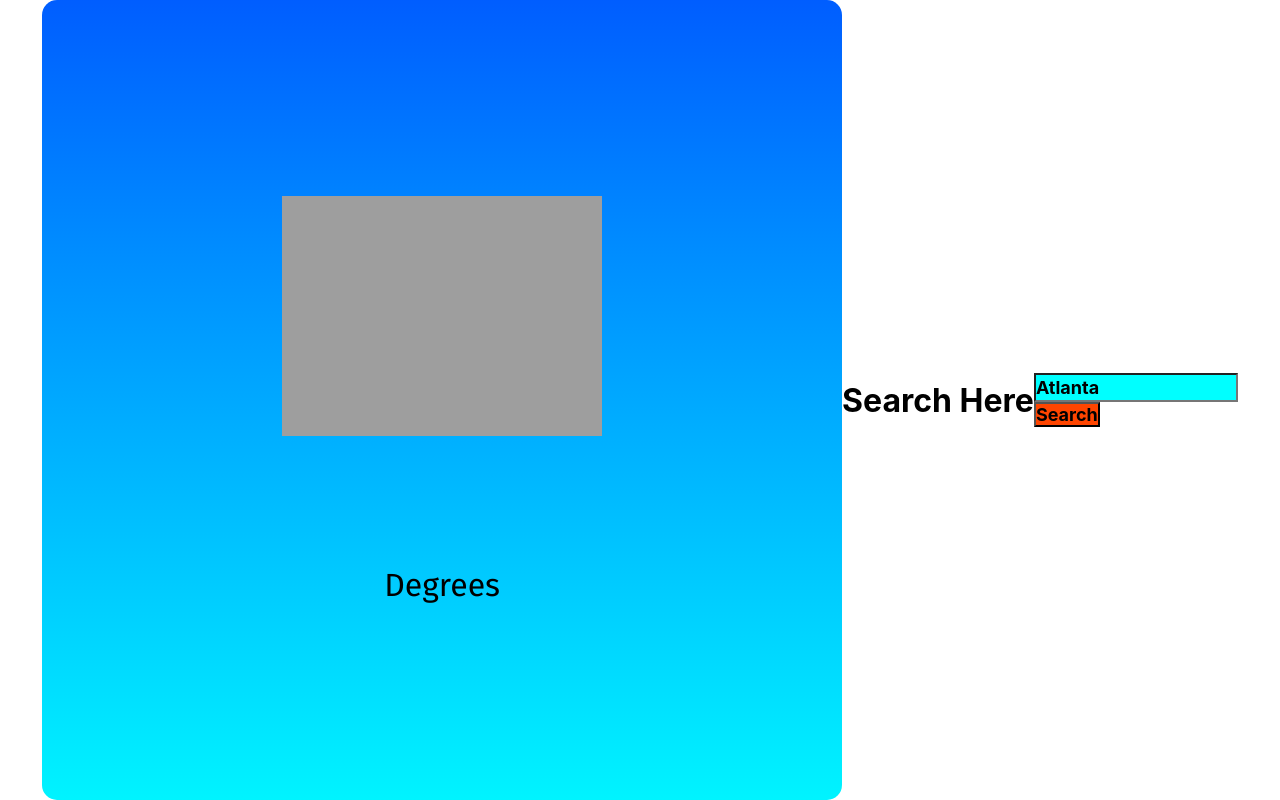
Repository: sayrilamar/chumsweatherapp
Page: /
An editor plug-in stored every save of this project. The page is shown before and after the next save, followed by the edit.
The browser window is 1280 px wide. The pictures show the whole page.
Pictures or frames that could not be fetched are drawn as grey boxes. The page's requests for data from a server got no answer. The project was rebuilt for these pictures with package versions that can differ from the ones it lists, and the page was loaded fresh each time. No one was signed in, and anything a server would have sent is missing.

Above is the page before, as saved 2020-04-18 16:59:47.

### src/index.css
* {
  margin: 0;
  padding: 0;
  font-family: -apple-system, BlinkMacSystemFont, 'Segoe UI', 'Roboto', 'Oxygen',
    'Ubuntu', 'Cantarell', 'Fira Sans', 'Droid Sans', 'Helvetica Neue',
    sans-serif;
  -webkit-font-smoothing: antialiased;
  -moz-osx-font-smoothing: grayscale;
}

### src/App.js
import React, {useState, useEffect} from "react";
import "./App.css";
import WeatherCard from "./components/WeatherCard/component.js";

function App() {
  const [query,
    setQuery] = useState("Atlanta");
  const [weather,
    setWeather] = useState({temp: null, city: null, condition: null, country: null, description: null});

  const data = async q => {
    const apiRes = await fetch(`http://api.openweathermap.org/data/2.5/weather?q=${q}&units=imperial&APPID=ab0ef440364092f54ff821ca2b803163`);
    const resJSON = await apiRes.json();
    return resJSON;
  };

  const handleSearch = e => {
    // data(query).then(res => console.log(res));
    e.preventDefault();
    data(query).then(res => {
      setWeather({temp: res.main.temp, city: res.name, condition: res.weather[0].main, country: res.sys.country, description: res.weather[0].description});
    });
  };

  // runs once the dom is loaded for the first time only, because there is no
  // variable being watched in the dependency array
  useEffect(() => {
    data(query).then(res => {
      setWeather({temp: res.main.temp, city: res.name, condition: res.weather[0].main, country: res.sys.country, description: res.weather[0].description});
    });
  }, []);

  return (
    <div className="App">
      <div>
        <WeatherCard
          temp={weather.temp}
          condition={weather.condition}
          city={weather.city}
          state={weather.country}
          description={weather.description}/>
      </div>
      <h1>Search Here</h1>
      <form>
        <div>
          <input
            className="input"
            value={query}
            onChange={e => setQuery(e.target.value)}/>
        </div>
        <div>
          <button className="button" onClick={e => handleSearch(e)}>
            Search
          </button>
        </div>
      </form>
    </div>
  );
}

export default App;

### src/App.css
@import url("https://fonts.googleapis.com/css?family=Merriweather|Fira+Sans&display=swap");

.App {
  margin: 0 auto;
  color: white;
  display: flex;
  justify-content: center;
  align-items: center;
}

h1 {
  color: black;
}

.input {
  background-color: aqua;
  font-weight: bold;
  height: 25px;
  width: 200px;
  font-size: large;
}

.button {
  height: fit-content;
  font-size: large;
  font-weight: bold;
  background-color: orangered
}

### src/components/WeatherCard/component.js
import React from "react";
import styled from "@emotion/styled";
import Location from "./Location";
import Icon from "./Icon";
import Condition from "./Condition";

const WeatherCard = ({temp, condition, city, state, description}) => {
    let highColor = 0;
    let lowColor = 0;
    let bg = null;

    if (temp > 53.6) {
        highColor = (1 - (temp - 53.6) / 50.4) * 255;
        lowColor = highColor - 150;
        bg = `linear-gradient(
            to top,
            rgb(255, ${highColor}, 0),
            rgb(255, ${lowColor}, 0)
          )`;
    } else if (temp <= 53.6) {
        highColor = (1 - (temp + 4) / 89) * 255;
        lowColor = highColor - 150;
        bg = `linear-gradient(
            to top,
            rgb(0, ${highColor}, 255),
            rgb(0, ${lowColor}, 255)
          )`;
    }

    const Card = styled.div `
    margin: 0 auto;
    background: ${bg};
    width: 800px;
    height: 800px;
    display: flex;
    flex-direction: column;
    justify-content: space-around;
    align-items: center;
    border-radius: 15px;
  `;

    return (
        <Card>
            <Location city={city} state={state}/>
            <Icon condition={condition}/>
            <Condition temp={temp} condition={condition} description={description}/>
        </Card>
    );
};

export default WeatherCard;

### src/components/WeatherCard/Location.js
import React from "react";
import styled from "@emotion/styled";

const Location = ({city, state}) => {
  const Container = styled.div `
    text-align: center;
  `;

  const City = styled.h1 `
    font-family: "Merriweather", sans-serif;
    font-size: 1.6rem;
  `;

  const Country = styled.h3 `
    font-family: "Fira Sans", sans-serif;
    font-size: 1.1rem;
  `;

  return (
    <Container>
      <City>{city}</City>
      <Country>{state}</Country>
    </Container>
  );
};

export default Location;

### src/components/WeatherCard/Icon.js
import React from "react";
import styled from "@emotion/styled";

// https://openweathermap.org/weather-conditions
const Icon = ({condition}) => {
  let icon;
  switch (condition) {
    case "Clouds":
      icon = `02d@2x`;
      break;
    case "Clear":
      icon = `01d@2x`;
      break;
    case "Haze":
      icon = `50d@2x`;
      break;
    case "Fog":
      icon = `50d@2x`;
      break;
    case "Tornado":
      icon = `50d@2x`;
      break;
    case "Dust":
      icon = `50d@2x`;
      break;
    case "Mist":
      icon = `50d@2x`;
      break;
    case "Snow":
      icon = `13d@2x`;
      break;
    case "Rain":
      icon = `10d@2x`;
      break;
    case "Drizzle":
      icon = `11d@2x`;
      break;
    case "Thunderstorm":
      icon = `11d@2x`;
      break;
    default:
      icon = ``;
      break;
  }

  const Icon = styled.img `
    width: 40%;
  `;

  return (<Icon src={`http://openweathermap.org/img/wn/${icon}.png`} alt="Weather Icon"/>);
};

export default Icon;

### src/components/WeatherCard/Condition.js
import React, {Fragment} from "react";
import styled from "@emotion/styled";

const Condition = ({temp, condition, description}) => {
  const Temp = styled.h1 `
    font-family: "Fira Sans", sans-serif;
    font-size: 2rem;
    font-weight: 200;
  `;

  const State = styled.h3 `
    font-family: "Merriweather", sans-serif;
    font-size: 1.2rem;
  `;

  return (
    <Fragment>
      <Temp>
        {temp}
        Degrees
      </Temp>
      <State>{description}</State>
    </Fragment>
  );
};

export default Condition;

Loaded but not shown: public/index.html (common file); src/index.js (common file); src/serviceWorker.js (common file)

After the next save:
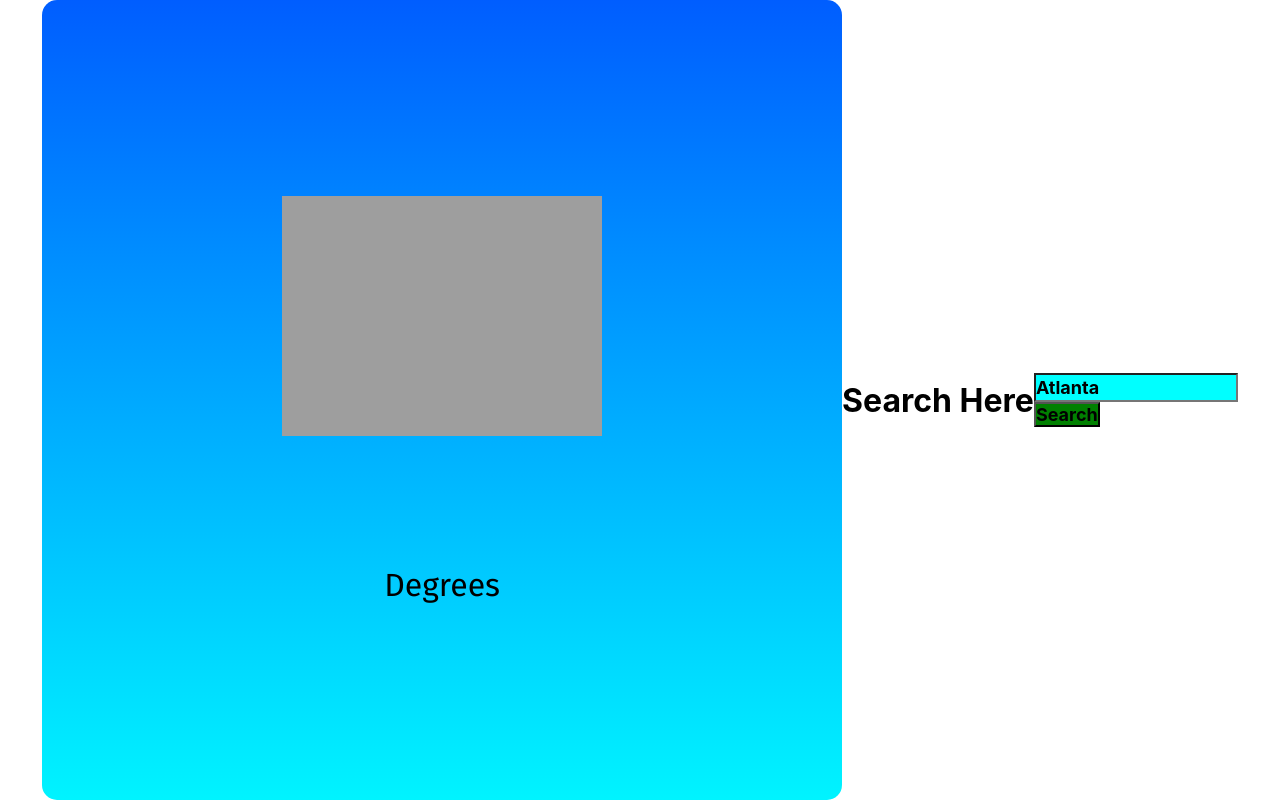
Saved 8 s later.
--- a/src/App.css
+++ b/src/App.css
@@ -24,5 +24,5 @@ h1 {
   height: fit-content;
   font-size: large;
   font-weight: bold;
-  background-color: orangered
+  background-color: green
 }
